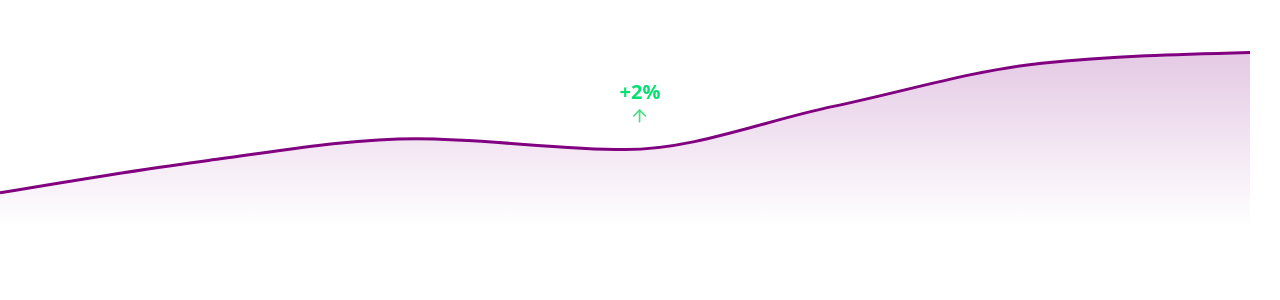
Repository: SharonSebastian32/reacharts
Page: /
These files come from the project's save history. The page is drawn as it stood at one moment and after the next save; the edit follows.
The browser window is 1280 px wide. The pictures show the whole page.
The project was rebuilt for these pictures with package versions that can differ from the ones it lists, and the page was loaded fresh each time. Also part of the build but not shown: vite.config.js.

Above is the page before, as saved 2025-03-20 22:50:19.

### src/App.jsx
import GrowthGraph from "./Components/CurveGraph";
function App() {
  return (
    <>
      <GrowthGraph />
    </>
  );
}

export default App;

### src/Components/CurveGraph.jsx
import React from 'react';
import { LineChart, Line, XAxis, YAxis, CartesianGrid, ResponsiveContainer, Area, AreaChart } from 'recharts';

const GrowthGraph = () => {
  // Sample data to create the desired curve
  const data = [
    { name: 'Jan', value: 20 },
    { name: 'Feb', value: 35 },
    { name: 'Mar', value: 45 },
    { name: 'Apr', value: 40 },
    { name: 'May', value: 60 },
    { name: 'Jun', value: 80 },
    { name: 'Jul', value: 85 },
  ];

  return (
    <div className="w-full h-64 bg-white relative">
      <ResponsiveContainer width="100%" height="100%">
        <AreaChart
          data={data}
          margin={{ top: 20, right: 30, left: 0, bottom: 20 }}
        >
          <defs>
            <linearGradient id="colorGradient" x1="0" y1="0" x2="0" y2="1">
              <stop offset="5%" stopColor="purple" stopOpacity={0.2} />
              <stop offset="95%" stopColor="purple" stopOpacity={0} />
            </linearGradient>
          </defs>
          <CartesianGrid vertical={false} horizontal={false} />
          <XAxis dataKey="name" hide={true} />
          <YAxis hide={true} />
          <Area
            type="monotone"
            dataKey="value"
            stroke="purple"
            strokeWidth={3}
            fillOpacity={1}
            fill="url(#colorGradient)"
            dot={false}
            activeDot={false}
            isAnimationActive={true}
            animationDuration={1500}
          />
        </AreaChart>
      </ResponsiveContainer>

      {/* Growth indicator */}
      <div className="absolute text-green-400 font-bold text-xl" style={{ left: '50%', top: '40%', transform: 'translate(-50%, -50%)' }}>
        +2%
        <div className="flex justify-center">
          <svg width="20" height="20" viewBox="0 0 24 24" fill="none" xmlns="http://www.w3.org/2000/svg">
            <path d="M12 19L12 5" stroke="#4ade80" strokeWidth="2" strokeLinecap="round" strokeLinejoin="round"/>
            <path d="M5 12L12 5L19 12" stroke="#4ade80" strokeWidth="2" strokeLinecap="round" strokeLinejoin="round"/>
          </svg>
        </div>
      </div>
    </div>
  );
};

export default GrowthGraph;

Loaded but not shown: index.html (common file); src/main.jsx (common file); src/index.css (common file)

After the next save:
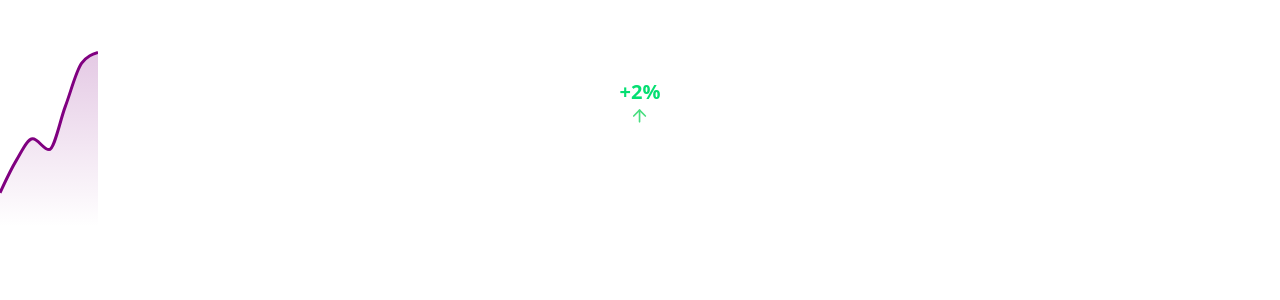
Saved 17 s later.
--- a/src/Components/CurveGraph.jsx
+++ b/src/Components/CurveGraph.jsx
@@ -15,7 +15,7 @@ const GrowthGraph = () => {
 
   return (
     <div className="w-full h-64 bg-white relative">
-      <ResponsiveContainer width="100%" height="100%">
+      <ResponsiveContainer width="10%" height="100%">
         <AreaChart
           data={data}
           margin={{ top: 20, right: 30, left: 0, bottom: 20 }}
